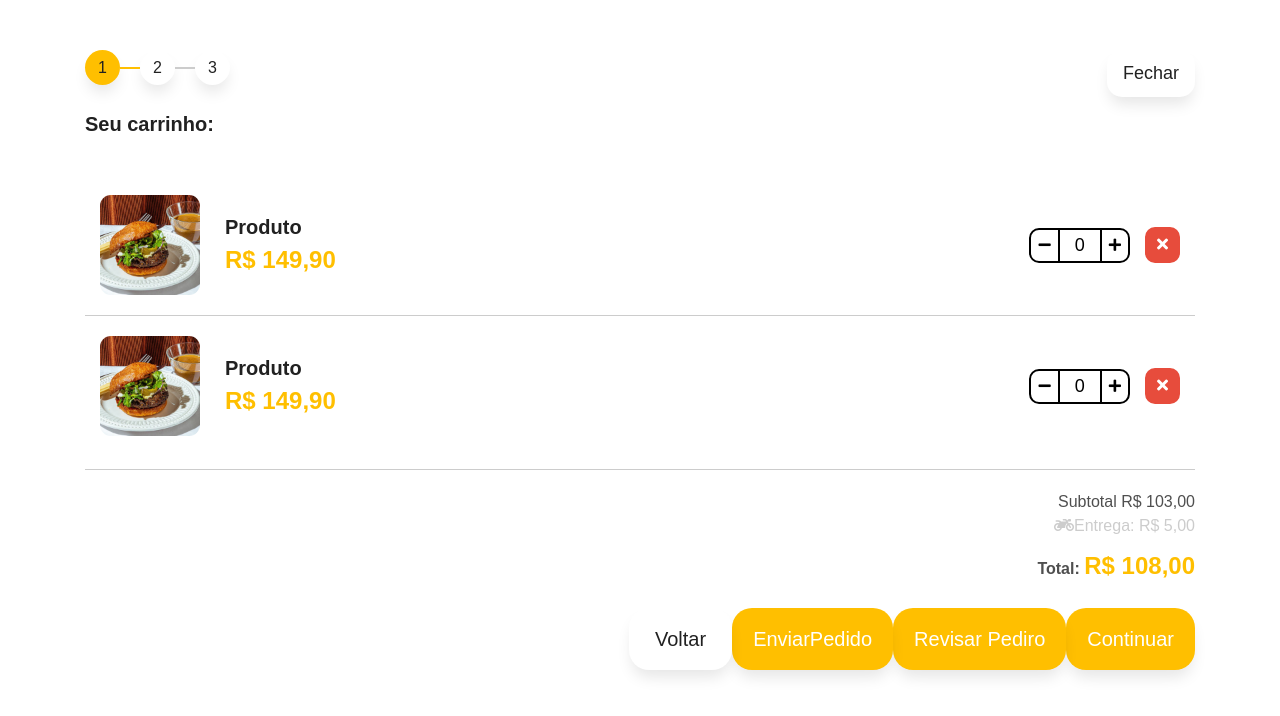
Repository: darkness318/restaraunt
Page: index.html
These files come from the project's save history. The page is drawn as it stood at one moment and after the next save; the edit follows.
The browser window is 1280 px wide. The pictures show the window.
A layer covers the whole window, so only the first screen is drawn.

Above is the page before, as saved 2024-10-01 10:23:54.

### index.html
<!DOCTYPE html>
<html lang="pt-br">
  <head>
    <meta charset="UTF-8" />
    <meta name="viewport" content="width=device-width, initial-scale=1.0" />
    <title>Restaurente - Seja bem vindo!</title>
    <link rel="stylesheet" href="./css/bootstrap.min.css" />
    <link rel="stylesheet" href="./css/fontawesome.css" />
    <link rel="stylesheet" href="./css/main.css" />
  </head>

  <body>
    <section class="header">
      <div class="container">
        <nav class="navbar navbar-expand-lg pl-0 pr-0">
          <a class="navbar-brand" href="#">
            <img src="./img/logo.png" width="160" class="img-logo" />
          </a>
          <button
            class="navbar-toggler"
            type="button"
            data-toggle="collapse"
            data-target="#navbarNavDropdown"
          >
            <span class="navbar-toggler-icon">
              <i class="fas fa-bars"></i>
            </span>
          </button>
          <div class="collapse navbar-collapse" id="navbarNavDropdown">
            <ul class="navbar-nav ml-auto mr-auto">
              <li class="nav-item">
                <a href="#reservas" class="nav-link"><b>Reservas</b></a>
              </li>
              <li class="nav-item">
                <a href="#servicos" class="nav-link"><b>Serviços</b></a>
              </li>
              <li class="nav-item">
                <a href="#cardapio" class="nav-link"><b>Cardápio</b></a>
              </li>
              <li class="nav-item">
                <a href="#depoimentos" class="nav-link"><b>Depoimentos</b></a>
              </li>
            </ul>
            <a class="btn btn-white btn-icon">
              Meu carrinho
              <span class="icon">
                <i class="fa fa-shopping-bag"></i>
              </span>
            </a>
          </div>
        </nav>
      </div>
    </section>

    <section class="banner">
      <div class="container">
        <div class="row">
          <div class="col-6">
            <div class="d-flex text-banner">
              <h1>
                <b>Escolha sua comida <b class="color-primary">favorita.</b></b>
              </h1>
              <p>
                Aproveite nosso cardápio! Escolha o que desejar e receba em sua
                casa de forma rápida e segura.
              </p>
              <div>
                <a class="btn btn-yellow mt-4 mr-3"> Ver Cardápio </a>
                <a href="#" class="btn btn-white btn-icon-left mt-4">
                  <span class="icon-left">
                    <i class="fa fa-phone"></i>
                  </span>
                  (66) 9 9999-8888
                </a>
              </div>
            </div>
            <a class="btn btn-sm btn-white btn-social mt-4 mr-3">
              <i class="fab fa-instagram"></i>
            </a>
            <a class="btn btn-sm btn-white btn-social mt-4 mr-3">
              <i class="fab fa-facebook-f"></i>
            </a>
            <a class="btn btn-sm btn-white btn-social mt-4">
              <i class="fab fa-whatsapp"></i>
            </a>
          </div>
          <div class="col-6">
            <div class="card-banner"></div>
            <div class="d-flex img-banner">
              <img src="./img/burguer.png" />
            </div>
            <div class="card card-case">
              "Entrega rápida e funcionários simpáticos.
              <br />A comida chegou quente e <br />
              muito saborosa!"
              <span class="card-case-name">
                <b>Thiago Lopes</b>
              </span>
            </div>
          </div>
        </div>
      </div>
    </section>
    <section class="servicos" id="servicos">
      <div class="background-servicos"></div>

      <div class="container">
        <div class="class row">
          <div class="col-12 text-center mb-5">
            <span class="hint-title"><b>Serviços</b></span>
            <h1 class="title">
              <b>Como são nossos serviços?</b>
            </h1>
          </div>

          <div class="col-4 mb-5">
            <div class="card-icon text-center">
              <img src="./img/icone-pedido.svg" width="150 " />
            </div>

            <div class="card-text text-center mt-3">
              <p><b>Fácil de pedir</b></p>
              <span>
                Você só precisa de alguns passos para pedir sua comida.
              </span>
            </div>
          </div>

          <div class="col-4 mb-5">
            <div class="card-icon text-center">
              <img src="./img/icone-delivery.svg" width="250 " />
            </div>

            <div class="card-text text-center mt-3">
              <p><b>Entrega Rápida</b></p>
              <span> Nossa entrega é sempre pontual, rápida e segura. </span>
            </div>
          </div>

          <div class="col-4 mb-5">
            <div class="card-icon text-center">
              <img src="./img/icone-qualidade.svg" width="250 " />
            </div>

            <div class="card-text text-center mt-3">
              <p><b>Melhor qualidade</b></p>
              <span>
                Não só a rapidez na entrega, a qualidade também é o nosso forte.
              </span>
            </div>
          </div>
        </div>
      </div>
    </section>
    <section class="cardapio" id="cardapio">
      <div class="background-cardapio"></div>

      <div class="container">
        <div class="row">
          <div class="col-12 text-center mb-5">
            <span class="hint-title"><b>Cardápio</b></span>
            <h1 class="title">
              <b>Conheça o nosso Cardápio</b>
            </h1>
          </div>

          <div class="col-12 container-menu">
            <a class="btn btn-white btn-sm mr-3">
              <i class="fas fa-hamburger"></i>&nbsp;Burgers
            </a>
            <a class="btn btn-white btn-sm mr-3">
              <i class="fas fa-pizza-slice"></i>&nbsp;Pizzas
            </a>
            <a class="btn btn-white btn-sm mr-3">
              <i class="fas fa-drumstick-bite"></i>&nbsp;Churrasco
            </a>
            <a class="btn btn-white btn-sm mr-3">
              <i class="fas fa-bacon"></i>&nbsp;Steaks
            </a>
            <a class="btn btn-white btn-sm mr-3">
              <i class="fas fa-cocktail"></i>&nbsp;Bebidas
            </a>
            <a class="btn btn-white btn-sm mr-3">
              <i class="fas fa-ice-cream"></i>&nbsp;Sobremesas
            </a>
          </div>

          <div class="col-12">
            <div class="row" id="itensCardapio">
              <div class="col-3 mb-5">
                <div class="card card-item">
                  <div class="img-produto">
                    <img
                      src="./img/cardapio/burguers/burger-au-poivre-kit-4-pack.3ca0e39b02db753304cd185638dad518.jpg"
                    />
                  </div>
                  <p class="title-produto text-center mt-4">
                    <b>Nome do produto muito grande</b>
                  </p>
                  <p class="price-produto text-center">
                    <b>R$ 154,90</b>
                  </p>

                  <div class="add-carrinho">
                    <span class="btn-menos"><i class="fas fa-minus"></i></span>
                    <span class="btn-numero-itens">0</span>
                    <span class="btn-mais"><i class="fas fa-plus"></i></span>
                    <span class="btn btn-add"
                      ><i class="fa fa-shopping-bag"></i
                    ></span>
                  </div>
                </div>
              </div>

              <div class="col-3 mb-5">
                <div class="card card-item">
                  <div class="img-produto">
                    <img
                      src="./img/cardapio/burguers/burger-au-poivre-kit-4-pack.3ca0e39b02db753304cd185638dad518.jpg"
                    />
                  </div>
                  <p class="title-produto text-center mt-4">
                    <b>Nome do produto muito grande</b>
                  </p>
                  <p class="price-produto text-center">
                    <b>R$ 154,90</b>
                  </p>

                  <div class="add-carrinho">
                    <span class="btn-menos"><i class="fas fa-minus"></i></span>
                    <span class="btn-numero-itens">0</span>
                    <span class="btn-mais"><i class="fas fa-plus"></i></span>
                    <span class="btn btn-add"
                      ><i class="fa fa-shopping-bag"></i
                    ></span>
                  </div>
                </div>
              </div>

              <div class="col-3 mb-5">
                <div class="card card-item">
                  <div class="img-produto">
                    <img
                      src="./img/cardapio/burguers/burger-au-poivre-kit-4-pack.3ca0e39b02db753304cd185638dad518.jpg"
                    />
                  </div>
                  <p class="title-produto text-center mt-4">
                    <b>Nome do produto muito grande</b>
                  </p>
                  <p class="price-produto text-center">
                    <b>R$ 154,90</b>
                  </p>

                  <div class="add-carrinho">
                    <span class="btn-menos"><i class="fas fa-minus"></i></span>
                    <span class="btn-numero-itens">0</span>
                    <span class="btn-mais"><i class="fas fa-plus"></i></span>
                    <span class="btn btn-add"
                      ><i class="fa fa-shopping-bag"></i
                    ></span>
                  </div>
                </div>
              </div>

              <div class="col-3 mb-5">
                <div class="card card-item">
                  <div class="img-produto">
                    <img
                      src="./img/cardapio/burguers/burger-au-poivre-kit-4-pack.3ca0e39b02db753304cd185638dad518.jpg"
                    />
                  </div>
                  <p class="title-produto text-center mt-4">
                    <b>Nome do produto muito grande</b>
                  </p>
                  <p class="price-produto text-center">
                    <b>R$ 154,90</b>
                  </p>

                  <div class="add-carrinho">
                    <span class="btn-menos"><i class="fas fa-minus"></i></span>
                    <span class="btn-numero-itens">0</span>
                    <span class="btn-mais"><i class="fas fa-plus"></i></span>
                    <span class="btn btn-add"
                      ><i class="fa fa-shopping-bag"></i
                    ></span>
                  </div>
                </div>
              </div>
            </div>
          </div>
          <div class="col-12 text-center">
            <a class="btn btn-white btn-sm">Ver mais</a>
          </div>
        </div>
      </div>
    </section>
    <section class="depoimentos" id="depoimentos">
      <div class="background-depoimentos"></div>
      <div class="container">
        <div class="row">
          <div class="col-5 text-center">
            <div class="card-depoimentos"></div>
            <div class="d-flex img-banner">
              <img src="./img/pizzas.png" />
            </div>
          </div>

          <div class="col-7">
            <span class="hint-title"><b>Depoimentos</b></span>
            <h1 class="title">
              <b>O que dizem sobre nós</b>
            </h1>
            <div class="mb-5">
              <div class="depoimento" id="depoimento-1">
                <div class="container-dados-depoimento">
                  <div class="imagem-depoimento"></div>
                  <div>
                    <p class="nome-depoimento"><b>Diego Pereira</b></p>
                    <p class="nota-depoimento">
                      <i class="fas fa-star"></i>
                      <i class="fas fa-star"></i>
                      <i class="fas fa-star"></i>
                      <i class="fas fa-star"></i>
                      <i class="fas fa-star-half-alt"></i>&nbsp;
                      <span>4.5</span>
                    </p>
                  </div>
                </div>
                <p class="texto-depoimento">
                  <i class="fas fa-quote-left"></i>
                  <span>
                    Muito bom, recomendo demais! Comida muito bem feita pelo
                    chefe, atendimento dentro dos parâmetros e boa comunicação
                    com o cliente.
                  </span>
                  <i class="fas fa-quote-right"></i>
                </p>
              </div>

              <div class="depoimento hidden" id="depoimento-2">
                <div class="container-dados-depoimento">
                  <div class="imagem-depoimento"></div>
                  <div>
                    <p class="nome-depoimento"><b>Ana Beatriz</b></p>
                    <p class="nota-depoimento">
                      <i class="fas fa-star"></i>
                      <i class="fas fa-star"></i>
                      <i class="fas fa-star"></i>
                      <i class="fas fa-star"></i>
                      <i class="fas fa-star"></i>&nbsp; <span>5.0</span>
                    </p>
                  </div>
                </div>
                <p class="texto-depoimento">
                  <i class="fas fa-quote-left"></i>
                  <span>
                    Um jantar perfeito do começo ao fim. Comida, experiência,
                    serviço... foi tão maravilhoso que fomos dois dias seguidos
                    - fato inédito para mim em uma viagem.
                  </span>
                  <i class="fas fa-quote-right"></i>
                </p>
              </div>

              <div class="depoimento hidden" id="depoimento-3">
                <div class="container-dados-depoimento">
                  <div class="imagem-depoimento"></div>
                  <div>
                    <p class="nome-depoimento"><b>João Guilherme</b></p>
                    <p class="nota-depoimento">
                      <i class="fas fa-star"></i>
                      <i class="fas fa-star"></i>
                      <i class="fas fa-star"></i>
                      <i class="fas fa-star"></i>
                      <i class="far fa-star"></i>&nbsp; <span>4.0</span>
                    </p>
                  </div>
                </div>
                <p class="texto-depoimento">
                  <i class="fas fa-quote-left"></i>
                  <span>
                    A comida estava excelente e o serviço gentil nos
                    surpreendeu! Dica: reserve umas 3 horas para ter uma
                    experiência incrível.
                  </span>
                  <i class="fas fa-quote-right"></i>
                </p>
              </div>
            </div>

            <a class="btn btn-sm btn-white btn-social mr-3 active">1</a>
            <a class="btn btn-sm btn-white btn-social mr-3">2</a>
            <a class="btn btn-sm btn-white btn-social">3</a>
          </div>
        </div>
      </div>
    </section>
    <section class="reserva" id="reserva">
      <div class="container">
        <div class="row">
          <div class="col-12">
            <div class="card-secondary">
              <div class="row">
                <div class="col-7">
                  <span class="hint-title"><b>Reserva</b></span>
                  <h1 class="title">
                    <b>Quer reservar um horário?</b>
                  </h1>
                  <p class="pr-5">
                    Mande uma mensagem clicando no botão abaixo
                    <br />
                    Reserve sua data e horário de forma simples e rápida.
                  </p>
                  <a class="btn btn-yellow mt-4"> Fazer reserva </a>
                </div>

                <div class="col-5">
                  <div class="card-reserva"></div>
                  <div class="d-flex img-banner">
                    <img src="./img/icone-reserva.svg" />
                  </div>
                </div>
              </div>
            </div>
          </div>
        </div>
      </div>
    </section>

    <section class="footer">
      <div class="container">
        <div class="row">
          <div class="col-3 container-logo-footer">
            <img class="logo-footer" src="./img/logo.png" />
          </div>

          <div class="col-6 container-texto-footer">
            <p class="mb-0">
              <b>Menu On-line</b> &copy; Todos os direitos reservados
            </p>
          </div>

          <div class="col-3 container-redes-footer">
            <a class="btn btn-sm btn-white btn-social mr-3">
              <i class="fab fa-instagram"></i>
            </a>
            <a class="btn btn-sm btn-white btn-social mr-3">
              <i class="fab fa-facebook-f"></i>
            </a>
            <a class="btn btn-sm btn-white btn-social">
              <i class="fab fa-whatsapp"></i>
            </a>
          </div>
        </div>
      </div>
    </section>

    <div class="modal-full" id="modalCarrinho">
      <div class="m-header">
        <div class="container">
          <a class="btn btn-white btn-sm float-right"> Fechar </a>

          <div class="etapas">
            <div class="etapa etapa1 active">1</div>
            <div class="etapa etapa2">2</div>
            <div class="etapa etapa3">3</div>
          </div>
          <p class="title-carrinho mt-4">
            <b id="lblTituloEtapa">Seu carrinho:</b>
          </p>
        </div>
      </div>

      <div class="m-body">
        <div class="container">
          <div id="itensCarrinho" class="row mr-0 ml-0">
            <div class="col-12 item-carrinho">
              <div class="img-produto">
                <img
                  src="./img/cardapio/burguers/burger-au-poivre-kit-4-pack.3ca0e39b02db753304cd185638dad518.jpg"
                />
              </div>
              <div class="dados-produto">
                <p class="title-produto"><b>Produto</b></p>
                <p class="price-produto"><b>R$ 149,90</b></p>
              </div>
              <div class="add-carrinho">
                <span class="btn-menos"><i class="fas fa-minus"></i></span>
                <span class="btn-numero-itens">0</span>
                <span class="btn-mais"><i class="fas fa-plus"></i></span>
                <span class="btn btn-remove"><i class="fa fa-times"></i></span>
              </div>
            </div>
            <!-- segundo item do carrinho   -->
            <div class="col-12 item-carrinho">
              <div class="img-produto">
                <img
                  src="./img/cardapio/burguers/burger-au-poivre-kit-4-pack.3ca0e39b02db753304cd185638dad518.jpg"
                />
              </div>
              <div class="dados-produto">
                <p class="title-produto"><b>Produto</b></p>
                <p class="price-produto"><b>R$ 149,90</b></p>
              </div>
              <div class="add-carrinho">
                <span class="btn-menos"><i class="fas fa-minus"></i></span>
                <span class="btn-numero-itens">0</span>
                <span class="btn-mais"><i class="fas fa-plus"></i></span>
                <span class="btn btn-remove"><i class="fa fa-times"></i></span>
              </div>
            </div>
          </div>

          <div id="localEntrega" class="row mr-0 ml-0 hidden"></div>

          <div id="resumoCarrinho" class="row mr-0 ml-0 hidden"></div>
        </div>
      </div>

      <div class="m-footer">
        <div class="container">
          <div class="container-total text-right mb-4 ">
            <p class="mb-0">
              <span>Subtotal</span>
              <span id="lblSubtotal">R$ 103,00</span>
            </p>
            <p class="mb-0 texto-entrega">
              <span><i class="fas fa-motorcycle"></i>Entrega:</span>
              <span id="lblValorEntrega">R$ 5,00</span>
            </p>
            <p class="mb-0 texto-total"></p>
              <span><b>Total:</b></span>
              <span class="valor-total" id="lblValorTotal"><b>R$ 108,00</b></span>
            </p>
          </div>
          <a class="btn btn-yellow float-right" id="btnEtapaPedido">Continuar</a>
          <a class="btn btn-yellow float-right hiden" id="btnEtapaEndereco">Revisar Pediro</a>
          <a class="btn btn-yellow float-right hiden" id="btnEtapaResumo">EnviarPedido</a>
          <a class="btn btn-white float-right" id="btnEtapaResumo">Voltar</a>
        </div>
      </div>
    </div>

    <script type="text/javascript" src="./js/jquery-1.12.4.min.js"></script>
    <script type="text/javascript" src="./js/modernizr-3.5.0.min.js"></script>
    <script type="text/javascript" src="./js/bootstrap.min.js"></script>
    <script type="text/javascript" src="./js/popper.min.js"></script>
  </body>
</html>

Loaded but not shown: css/bootstrap.min.css (library); css/fontawesome.css (library); js/jquery-1.12.4.min.js (library); js/modernizr-3.5.0.min.js (library); js/bootstrap.min.js (library); js/popper.min.js (library); css/main.css (621 lines, source omitted)

After the next save:
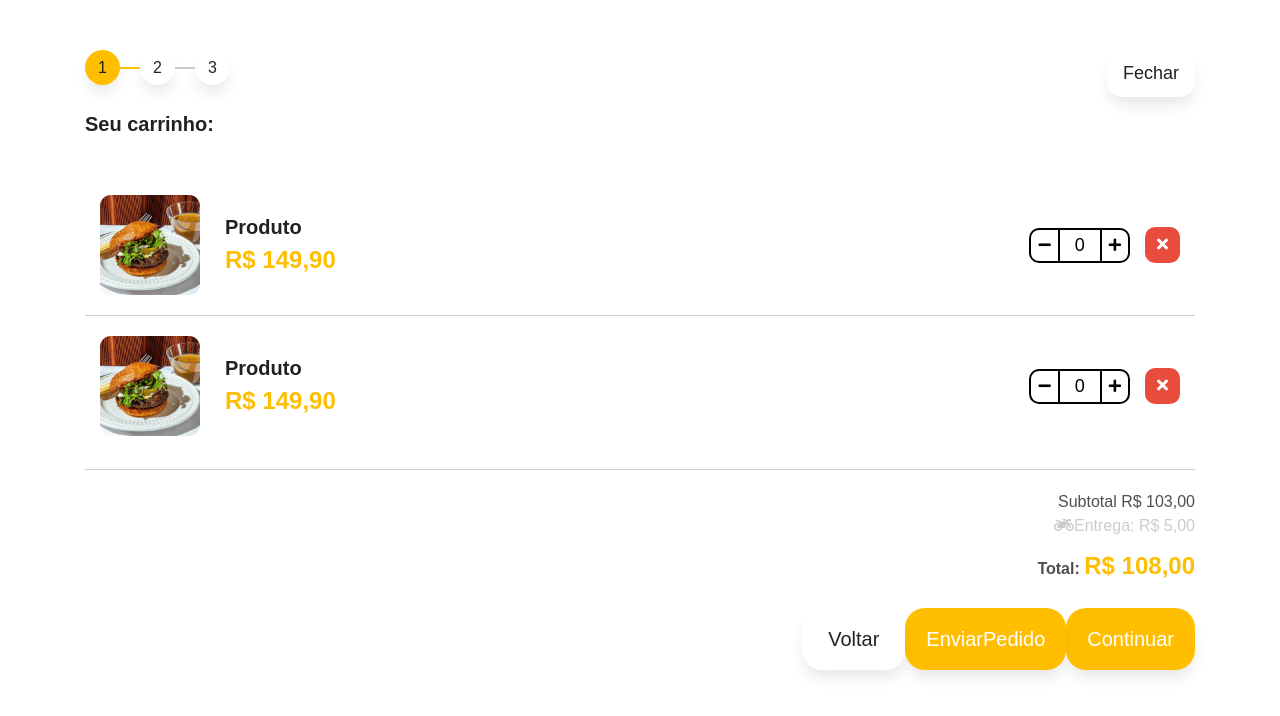
Saved 11 s later.
--- a/index.html
+++ b/index.html
@@ -534,7 +534,7 @@
             </p>
           </div>
           <a class="btn btn-yellow float-right" id="btnEtapaPedido">Continuar</a>
-          <a class="btn btn-yellow float-right hiden" id="btnEtapaEndereco">Revisar Pediro</a>
+          <a class="btn btn-yellow float-right hidden" id="btnEtapaEndereco">Revisar Pediro</a>
           <a class="btn btn-yellow float-right hiden" id="btnEtapaResumo">EnviarPedido</a>
           <a class="btn btn-white float-right" id="btnEtapaResumo">Voltar</a>
         </div>
